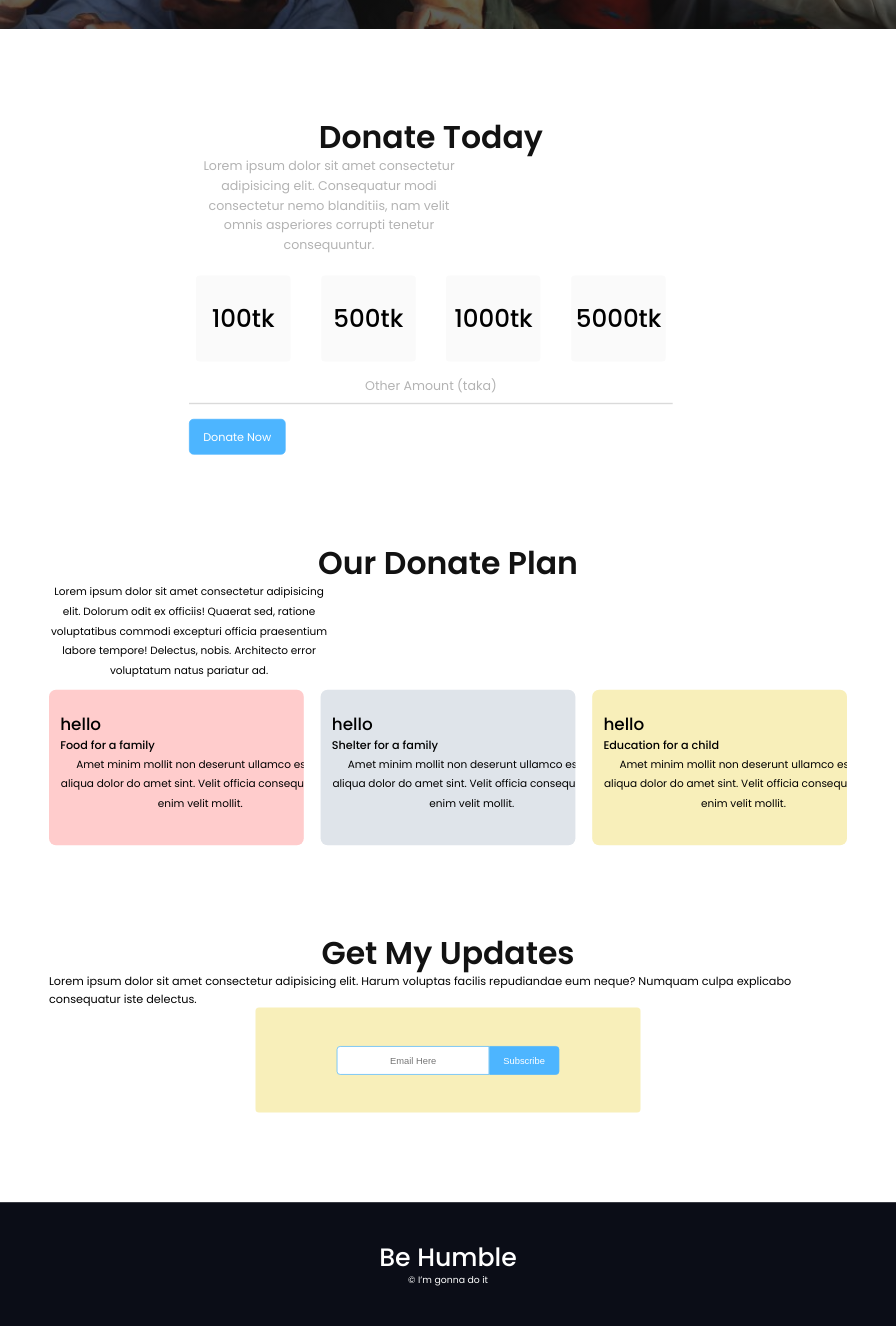
Repository: mdrubel02/donate-website
Page: index.html
These files come from the project's save history. The page is drawn as it stood at one moment and after the next save; the edit follows.
The browser window is 1280 px wide. The pictures show the part of the page from y = 678 to 2598 px (the page is 2573 px tall before and 2598 px after), at 70% of full size.

Above is the page before, as saved 2022-07-06 16:30:07.

After the next save:
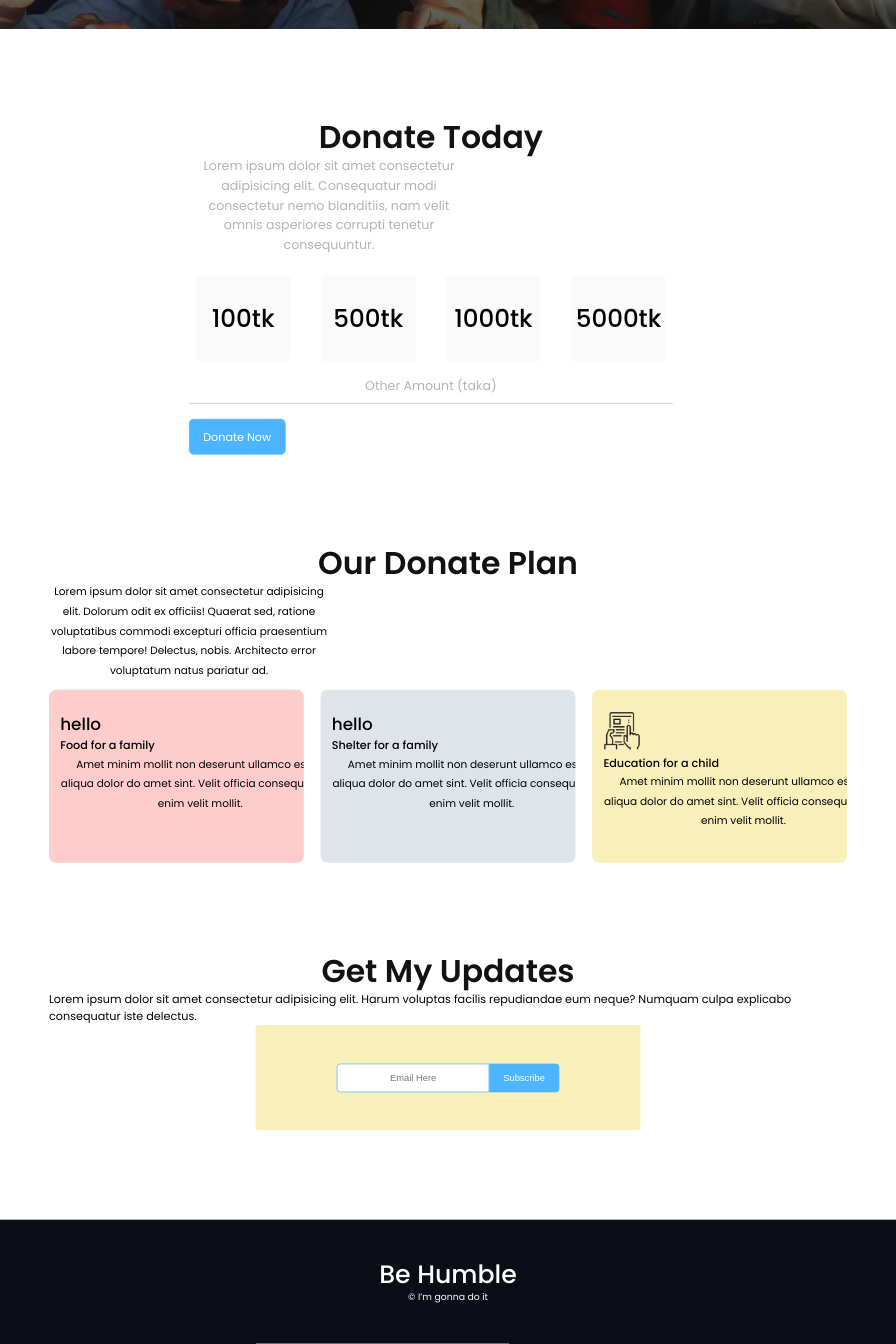
Saved 4 min 53 s later.
--- a/index.html
+++ b/index.html
@@ -64,7 +64,7 @@
                 <p class="small-title">Amet minim mollit non deserunt ullamco est sit aliqua dolor do amet sint. Velit officia consequat duis enim velit mollit.</p>
             </div>
             <div id="education" class="donate-plan-content">
-                <h1>hello</h1>
+                <img src="./icons/Frame-1.png" alt="">
                 <h4>Education for a child</h4>
                 <p class="small-title">Amet minim mollit non deserunt ullamco est sit aliqua dolor do amet sint. Velit officia consequat duis enim velit mollit.</p>
             </div>
